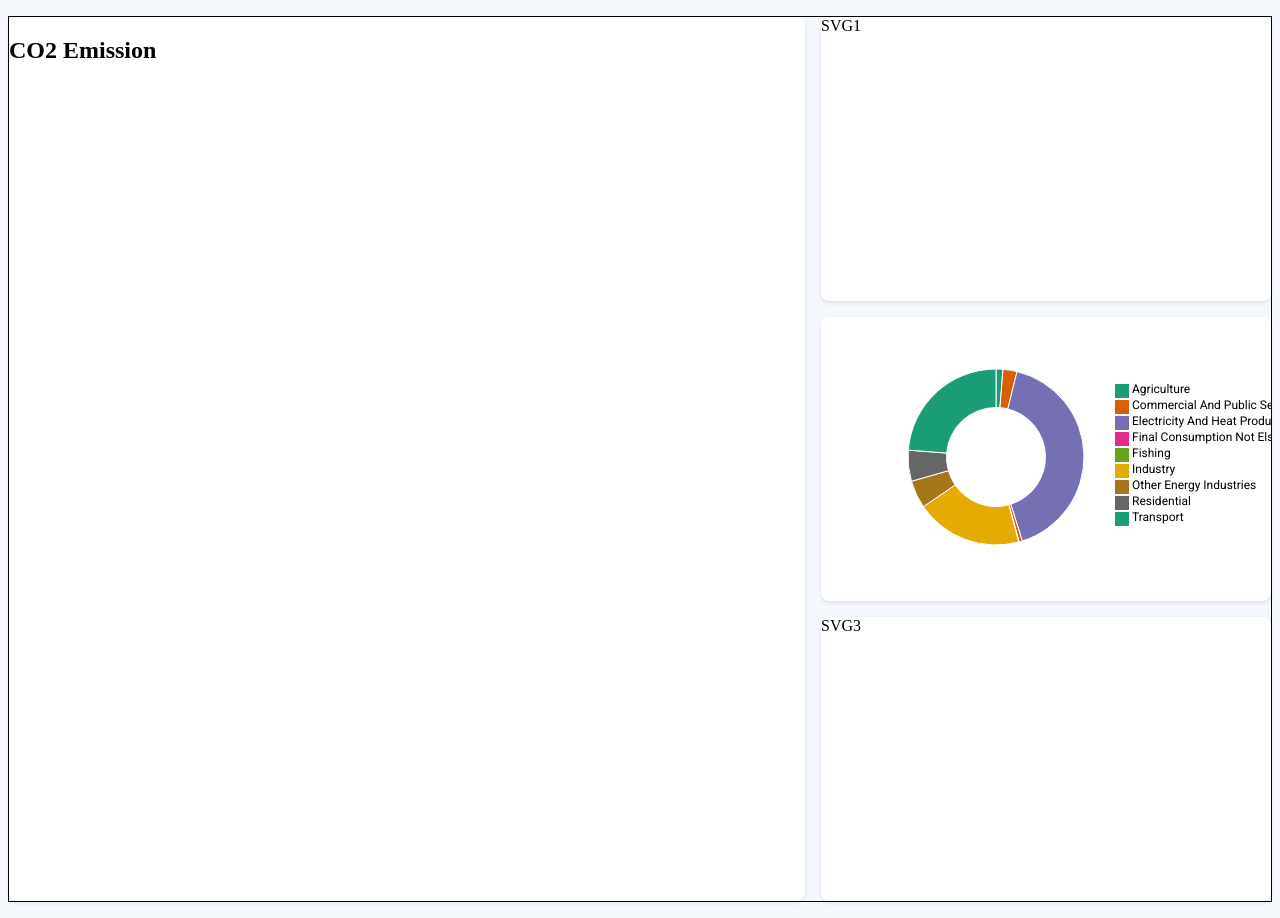
Repository: losmarco/CO2-Emission-Data-Dashboard
Page: index.html
These files come from the project's save history. The page is drawn as it stood at one moment and after the next save; the edit follows.
The browser window is 1280 px wide. The pictures show the whole page.
The style sheet was rebuilt from its Sass, Less or Tailwind sources for each picture, by a compiler version that may differ from the author's.

Above is the page before, as saved 2020-03-29 17:48:27.

### index.html
<!DOCTYPE html>
<html lang="en">
<head>
    <meta charset="UTF-8">
    <meta name="viewport" content="width=device-width, initial-scale=1.0">
    <meta http-equiv="X-UA-Compatible" content="ie=edge">
    <title>CO2 Emission Data Chart</title>

    <link rel="stylesheet" href="style.css">
    <script src="https://d3js.org/d3.v5.min.js"></script>
</head>
<body>
    <div class="container">
        <div class="card main_graph">
            <h2>CO2 Emission</h2>
        </div>


        <div class="card graph1">SVG1</div>
        <div class="card graph2">
            <div id="donut"></div>
        </div>
        <div class="card graph3">SVG3</div>
    </div>
</body>
    <script src="javascript/master.js"></script>
    <script src="javascript/chart.js"></script>
</html>

### javascript/master.js
//Parsing CSV file

### javascript/chart.js
//This document is for d3 related script ( ͡° ͜ʖ ͡°)

//Donut Chart
// set the dimensions and margins of the graph
var width = 450
    height = 280
    margin = 30
// The radius of the pieplot is half the width or half the height (smallest one). I subtract a bit of margin.
var radius = Math.min(width, height) / 2 - margin

//append the svg object to the div called 'donut'
var svg = d3.select("#donut")
            .append("svg")
            .attr("width", width)
            .attr("height", height)
            .append("g")
            .attr("transform", "translate(" + ((width / 2) - 50) + "," + height / 2 + ")");




//Color
var color = d3.scaleOrdinal()
.domain(["Agriculture",
        "Commercial And Public Services",
        "Electricity And Heat Producers",
        "Final Consumption Not Else where Specified",
        "Fishing",
        "Industry",
        "Other Energy Industries",
        "Residential",
        "Transport"])
.range(d3.schemeDark2);

d3.csv("data/world-sector.csv")
  .then(function(csvdata){

    var latestData = csvdata[csvdata.length - 1];

    var agri = parseInt(latestData.agriculture),
        cap = parseInt(latestData.commercialAndPublicServices),
        eahp = parseInt(latestData.electricityAndHeatProducers),
        fcnes = parseInt(latestData.finalConsumptionNotElsewhereSpecified),
        fishing = parseInt(latestData.fishing),
        industry = parseInt(latestData.industry),
        oei = parseInt(latestData.otherEnergyIndustries),
        residential = parseInt(latestData.residential),
        transport = parseInt(latestData.transport);

  const total = (agri + cap + eahp + fcnes + fishing + industry + oei + residential + transport);

  const percent = 100;

  var agri = ((agri/total) * percent).toFixed(2),
      cap = ((cap/total) * percent).toFixed(2),
      eahp = ((eahp/total) * percent).toFixed(2),
      fcnes = ((fcnes/total) * percent).toFixed(2),
      fishing = ((fishing/total) * percent).toFixed(2),
      industry = ((industry/total) * percent).toFixed(2),
      oei = ((oei/total) * percent).toFixed(2),
      residential = ((residential/total) * percent).toFixed(2),
      transport = ((transport/total) * percent).toFixed(2);


  //Final Data
  var data = {"Agriculture": agri,
              "Commercial And Public Services": cap,
              "Electricity And Heat Producers": eahp,
              "Final Consumption":fcnes ,
              "Fishing": fishing,
              "Industry":industry,
              "Other Energy Industries": oei,
              "Residential":residential,
              "Transport":transport
            }

  // Compute the position of each group on the pie:
  var pie = d3.pie()
    .sort(null) // Do not sort group by size
    .value(function(d) {return d.value; })
  var data_ready = pie(d3.entries(data))

  // The arc generator + hole size
  var arc = d3.arc()
    .innerRadius(radius * 0.45)
    .outerRadius(radius * 0.8)

  // Build the pie chart: Basically, each part of the pie is a path that we build using the arc function.
  svg.selectAll('allSlices')
      .data(data_ready)
      .enter()
      .append('path')
      .attr('d', arc)
      .attr('fill', function(d){ return(color(d.data.key)) })
      .attr("stroke", "white")
      .style("stroke-width", "1px")
      .style("opacity", 1)


})//closing tag for d3.csv

//Legend
var legendRectSize = 12;
var legendSpacing = 4;

var legend = svg.selectAll('.legend')
                .data(color.domain())
                .enter()
                .append('g')
                .attr('class', 'legend')
                .attr('transform', function(d, i) {
                  var height = legendRectSize + legendSpacing;
                  var offset =  height * color.domain().length / 2;
                  var horz = 10 * legendRectSize;
                  var vert = i * height - offset;
                  return 'translate(' + horz + ',' + vert + ')';
});


legend.append('rect')
  .attr('width', legendRectSize)
  .attr('height', legendRectSize)
  .style('fill', color)
  .style('stroke', color);

legend.append('text')
  .attr('x', legendRectSize + legendSpacing )
  .attr('y', legendRectSize - legendSpacing)
  .text(function(d) { return d; });


//End of Donut Chart


  // Add the polylines between chart and labels:
  // svg
  //   .selectAll('allPolylines')
  //   .data(data_ready)
  //   .enter()
  //   .append('polyline')
  //     .attr("stroke", "black")
  //     .style("fill", "none")
  //     .attr("stroke-width", 1)
  //     .attr('points', function(d) {
  //       var posA = arc.centroid(d) // line insertion in the slice
  //       var posB = outerArc.centroid(d) // line break: we use the other arc generator that has been built only for that
  //       var posC = outerArc.centroid(d); // Label position = almost the same as posB
  //       var midangle = d.startAngle + (d.endAngle - d.startAngle) / 2 // we need the angle to see if the X position will be at the extreme right or extreme left
  //       posC[0] = radius * 0.95 * (midangle < Math.PI ? 1 : -1); // multiply by 1 or -1 to put it on the right or on the left
  //       return [posA, posB, posC]
  //     })

  // Add the polylines between chart and labels:
  // svg
  //   .selectAll('allLabels')
  //   .data(data_ready)
  //   .enter()
  //   .append('text')
  //     .text( function(d) { console.log(d.data.key) ; return d.data.key } )
  //     .attr('transform', function(d) {
  //         var pos = outerArc.centroid(d);
  //         var midangle = d.startAngle + (d.endAngle - d.startAngle) / 2
  //         pos[0] = radius * 0.99 * (midangle < Math.PI ? 1 : -1);
  //         return 'translate(' + pos + ')';
  //     })
  //     .style('text-anchor', function(d) {
  //         var midangle = d.startAngle + (d.endAngle - d.startAngle) / 2
  //         return (midangle < Math.PI ? 'start' : 'end')
  //     })

### style.scss
//Google Font
@import url('https://fonts.googleapis.com/css2?family=Roboto:ital,wght@0,100;0,300;0,400;0,500;0,700;0,900;1,100;1,300;1,400;1,500;1,700;1,900&display=swap');

// Font
@mixin header{
    font-family: 'Roboto', sans-serif;
    font-weight: 700;
}
@mixin text{
    font-family: 'Roboto', sans-serif;
    font-weight: 500;
    font-size: 12px;
}

// Color
$backgroun-white:#f4f7fc;
$white: #ffffff;
$grey: #828f95;
$black: #252831;
$purple: #7b43a1;
$orange: #ff9824;
$pink: #f2317a;
$primary-green:#58cf6c;
$secondary-green: #43a19e;

//Card
@mixin card-background{
    background-color: $white;
    border-radius: 8px;
    box-shadow: 0 2px 4px rgba(0,0,0,0.04), 0 2px 4px rgba(0,0,0,0.06);
}

body{
    background: $backgroun-white;
}

.container{
    display:grid;
    grid-template-rows: repeat(3, 1fr);
    grid-template-columns:repeat(4, 1fr);
    grid-gap: 1em;
    border: 1px solid black;
    margin: 1em auto;
}

.main_graph{
    grid-row:1/4;
    grid-column: 1/4;
}

.graph1{
    grid-row:1/2;
    grid-column: 4/5;
}

.graph2{
    grid-row:2/3;
    grid-column: 4/5;
    width: 450px;
    //  g{
    // transform: translateX(-150px);
    // }
    .legend {
        font-family: 'Roboto', sans-serif;
        font-size: 12px;
        font-weight:400;
    }
    rect {
        stroke-width: 2;
    }


}

.graph3{
    grid-row:3/4;
    grid-column: 4/5;
}

.card{
    @include card-background;
}
svg{
    margin: 0 auto;

}

After the next save:
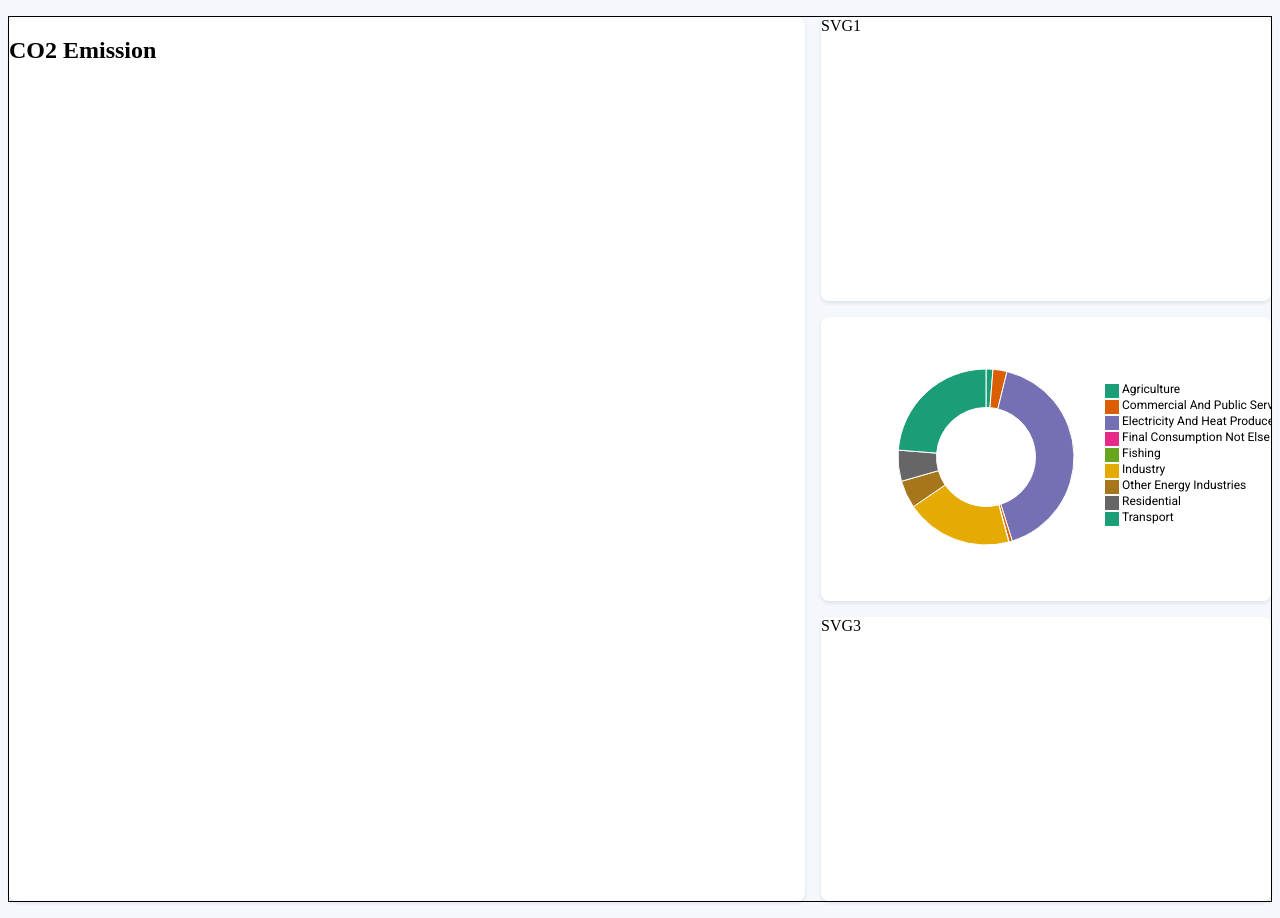
Saved 6 s later.
--- a/javascript/chart.js
+++ b/javascript/chart.js
@@ -14,7 +14,7 @@ var svg = d3.select("#donut")
             .attr("width", width)
             .attr("height", height)
             .append("g")
-            .attr("transform", "translate(" + ((width / 2) - 50) + "," + height / 2 + ")");
+            .attr("transform", "translate(" + ((width / 2) - 60) + "," + height / 2 + ")");
 
 
 
